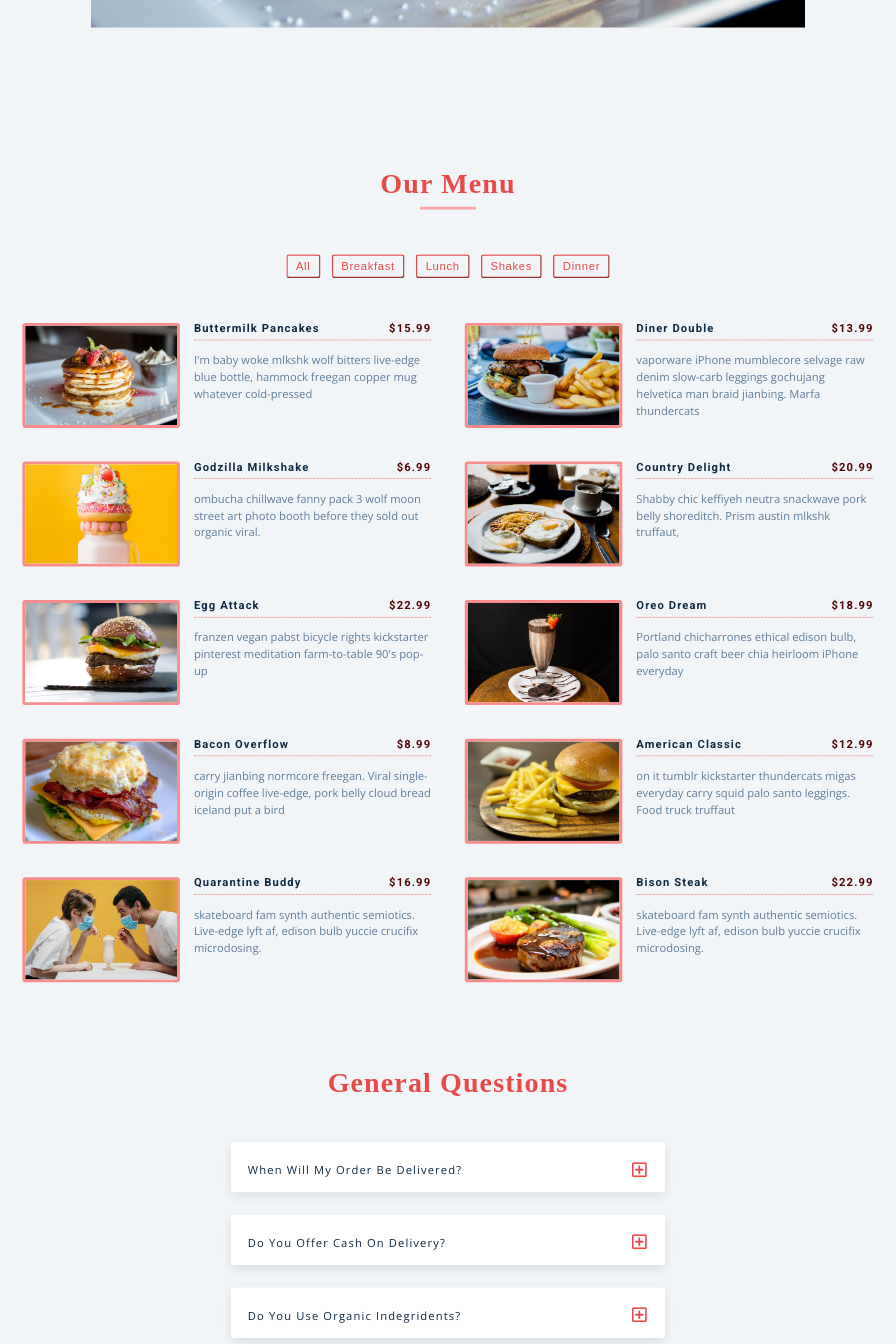
Repository: xoshiraghavx/Food-you
Page: index.html
These files come from the project's save history. The page is drawn as it stood at one moment and after the next save; the edit follows.
The browser window is 1280 px wide. The pictures show the part of the page from y = 1746 to 3666 px (the page is 3950 px tall before and 3956 px after), at 70% of full size.
Some web libraries are served in a nearby version.

Above is the page before, as saved 2022-12-03 09:12:11.

### index.html
<!DOCTYPE html>
<html lang="en">
  <head>
    <meta charset="UTF-8" />
    <meta name="viewport" content="width=device-width, initial-scale=1.0" />
    <title>interior design</title>
    <!-- font-awesome -->
    <link
      rel="stylesheet"
      href="https://cdnjs.cloudflare.com/ajax/libs/font-awesome/5.14.0/css/all.min.css"
    />

    <!-- styles -->
    <link rel="stylesheet" href="styles.css" />
  </head>
  <body>
<nav>
  <div class="nav-center">
    <div class="nav-header">
      <div class="logo-div">
      <img src="./img/logo.png" alt="logo" class="logo">
      <div class="logo-name">
      <p><span id="color"><b>FOOD </b><br><i>& you</i></span></p>
    </div>
    </div>
      <button class="nav-toggle">
        <i class="fas fa-bars"></i>
      </button>
    </div>
    <!-- links -->
    <!-- <ul class="links">

      <li>
        <a href="index.html">home</a>
      </li>
      <li>
    </ul> -->
    <!-- social media -->
    <ul class="social-icons">
      <li>
        <a href="https://www.facebook.com">
          <i class="fab fa-facebook"></i>
        </a>
      </li>
      <li>
        <a href="https://www.twitter.com">
          <i class="fab fa-twitter"></i>
        </a>
      </li>
      <li>
        <a href="https://www.instagram.com">
          <i class="fab fa-instagram"></i>
        </a>
      </li>
      <li>
        <a href="https://www.linkedin.com">
          <i class="fab fa-linkedin"></i>
        </a>
      </li>
      <li>
        <a href="https://www.twitter.com">
          <i class="fab fa-sketch"></i>
        </a>
      </li>
    </ul>
  </div>
</nav>
<header class="hero">
  <div class="banner">
    <h2>Looking for some food!</h2>
    <button class="btn modal-btn">Order Now</button>
  </div>
</header>
<div class="modal-overlay">
  <div class="modal-container">
    <br>
    <h3>Title</h3>
    <p>Lorem ipsum dolor sit amet consectetur adipisicing elit. Illo deleniti eum mollitia distinctio! Nesciunt dolor minima animi esse officia! Recusandae? Lorem ipsum dolor sit amet consectetur, adipisicing elit. Aspernatur, hic.</p>
    <button class="close-btn">
      <i class="fas fa-times"> </i>
    </button>
  </div>
</div>
    <!-- -------about us content---------->
    <section class="about-us">
      <div class="row">
          <div class="about-col">
              <h1>We are the world's largest university</h1>
              <p>Lorem ipsum dolor sit amet consectetur adipisicing elit. Voluptates unde necessitatibus consectetur aut, quisquam at, dolorem, deleniti deserunt a error officia? Quas, quos. Nemo assumenda fugiat dolore ad illo soluta.</p>
              <a href="" class="hero-btn red-btn">EXPLORE NOW</a>
          </div>
          <div class="about-col">
              <img src="./img/item-1.jpeg" alt="">
          </div>
      </div>
  </section>
<section class="menu">
  <div class="title">
    <h2>Our Menu</h2>
    <div class="underline"></div>
  </div>
  <div class="btn-container">
    <!-- <button class="filter-btn" type="button" data-id="all">all</button>
    <button class="filter-btn" type="button"data-id="breakfast">breakfast</button>
    <button class="filter-btn" type="button" data-id="lunch">lunch</button>
    <button class="filter-btn" type="button" data-id="shakes">shakes</button> -->
  </div>
    <div class="section-center">
      <!-- <article class="menu-item">
        <img src="./menu-item.jpeg" class="photo" alt="menu item">
        <div class="item-info">
          <header>
            <h4>buttermilk pancakes</h4>
            <h4 class="price">Rs 600/-</h4>
          </header>
          <p class="item-text">Lorem ipsum, dolor sit amet consectetur adipisicing elit. Dolore totam aliquid ut eius architecto magni cumque explicabo voluptate, repudiandae harum.</p>
        </div>
      </article> -->
    </div>
</section>
<section class="questions">
  <div class="title">
    <h2>general questions</h2>
  </div>
  <div class="question-center">
    <article class="question">
      <div class="question-title">
      <p>When will my order be delivered?</p>
      <button type="button" class="question-btn">
        <span class="plus-icon">
      <i class="far fa-plus-square"></i>
        </span>

        <span class="minus-icon">
      <i class="far fa-minus-square"></i>
        </span>

      </button>
    </div>
    <div class="question-text">
      <p>Estimated delivery are given against each products. While sincere efforts are being made to deliver the products within the given time frame factors like, availability, festive seasons, courier delays are bound to happen. These factors are constantly monitored to keep any inordinate delays under control.</p>
    </div>
    </article>
    <article class="question">
      <div class="question-title">
      <p>Do you offer Cash on Delivery?</p>
      <button type="button" class="question-btn">
        <span class="plus-icon">
      <i class="far fa-plus-square"></i>
        </span>

        <span class="minus-icon">
      <i class="far fa-minus-square"></i>
        </span>

      </button>
    </div>
    <div class="question-text">
      <p>Yes. We offer Cash on Delivery which most of the other websites don't offer.</p>
    </div>
    </article>
    <article class="question">
      <div class="question-title">
      <p>do you use organic indegridents?</p>
      <button type="button" class="question-btn">
        <span class="plus-icon">
      <i class="far fa-plus-square"></i>
        </span>

        <span class="minus-icon">
      <i class="far fa-minus-square"></i>
        </span>

      </button>
    </div>
    <div class="question-text">
      <p>We deliver the products that are fresh and systems are kept in place to source the best products and safely consign them to you. We don't stock the products but place once we receive orders.</p>
    </div>
    </article>
  </div>
</section>
<!-- --------footer--------- -->
<section class="footer">
  <h4 id="color">Food & you</h4>
  <p>Fulfill your comfort food cravings here.</p>
  <ul class="icons">
    <li>
      <a href="https://www.facebook.com">
        <i class="fab fa-facebook"></i>
      </a>
    </li>
    <li>
      <a href="https://www.twitter.com">
        <i class="fab fa-twitter"></i>
      </a>
    </li>
    <li>
      <a href="https://www.instagram.com">
        <i class="fab fa-instagram"></i>
      </a>
    </li>
    <li>
      <a href="https://www.linkedin.com">
        <i class="fab fa-linkedin"></i>
      </a>
    </li>
  </ul>
  <p>Made by <b id="color">oshi Raghav</b></p>
</section>
<!-- javascript -->
    <script src="app.js"></script>
  </body>
</html>

### styles.css
/*
===============
Fonts
===============
*/
@import url('https://fonts.googleapis.com/css?family=Open+Sans|Roboto:400,700&display=swap');

/*
===============
Variables
===============
*/

:root {
  /* dark shades of primary color*/
  --clr-primary-1: hsl(0, 86%, 17%);
  --clr-primary-2: hsl(0, 77%, 27%);
  --clr-primary-3: hsl(0, 72%, 37%);
  --clr-primary-4: hsl(0, 63%, 48%);
  /* primary/main color */
  --clr-primary-5: hsl(0, 78%, 60%);
  /* lighter shades of primary color */
  --clr-primary-6: hsl(0, 90%, 70%);
  --clr-primary-7: hsl(0, 90%, 76%);
  --clr-primary-8: hsl(0, 86%, 81%);
  --clr-primary-9: hsl(0, 90%, 88%);
  --clr-primary-10: hsl(0, 100%, 96%);
  /* darkest grey - used for headings */
  --clr-grey-1: hsl(209, 61%, 16%);
  --clr-grey-2: hsl(211, 39%, 23%);
  --clr-grey-3: hsl(209, 34%, 30%);
  --clr-grey-4: hsl(209, 28%, 39%);
  /* grey used for paragraphs */
  --clr-grey-5: hsl(210, 22%, 49%);
  --clr-grey-6: hsl(209, 23%, 60%);
  --clr-grey-7: hsl(211, 27%, 70%);
  --clr-grey-8: hsl(210, 31%, 80%);
  --clr-grey-9: hsl(212, 33%, 89%);
  --clr-grey-10: hsl(210, 36%, 96%);
  --clr-white: #fff;
  --clr-red-dark: hsl(360, 67%, 44%);
  --clr-red-light: hsl(360, 71%, 66%);
  --clr-green-dark: hsl(125, 67%, 44%);
  --clr-green-light: hsl(125, 71%, 66%);
  --clr-black: #222;
  --ff-primary: 'Roboto', sans-serif;
  --ff-secondary: 'Open Sans', sans-serif;
  --transition: all 0.3s linear;
  --spacing: 0.1rem;
  --radius: 0.25rem;
  --light-shadow: 0 5px 15px rgba(0, 0, 0, 0.1);
  --dark-shadow: 0 5px 15px rgba(0, 0, 0, 0.2);
  --max-width: 1170px;
  --fixed-width: 620px;
}
/*
===============
Global Styles
===============
*/

*,
::after,
::before {
  margin: 0;
  padding: 0;
  box-sizing: border-box;
}
body {
  font-family: var(--ff-secondary);
  background: var(--clr-grey-10);
  color: var(--clr-grey-1);
  line-height: 1.5;
  font-size: 0.875rem;
}
ul {
  list-style-type: none;
}
a {
  text-decoration: none;
}
img:not(.logo) {
  width: 100%;
}
img {
  display: block;
}
h1,
h2,
h3,
h4 {
  letter-spacing: var(--spacing);
  text-transform: capitalize;
  line-height: 1.25;
  margin-bottom: 0.75rem;
  font-family: var(--ff-primary);
}
h1 {
  font-size: 3rem;
}
h2 {
  font-size: 2rem;
}
h3 {
  font-size: 1.25rem;
}
h4 {
  font-size: 0.875rem;
}
p {
  margin-bottom: 1.25rem;
  color: var(--clr-grey-5);
}
@media screen and (min-width: 800px) {
  h1 {
    font-size: 4rem;
  }
  h2 {
    font-size: 2.5rem;
  }
  h3 {
    font-size: 1.75rem;
  }
  h4 {
    font-size: 1rem;
  }
  body {
    font-size: 1rem;
  }
  h1,
  h2,
  h3,
  h4 {
    line-height: 1;
  }
}
/*  global classes */
.btn {
  text-transform: uppercase;
  background: transparent;
  color: var(--clr-black);
  padding: 0.375rem 0.75rem;
  letter-spacing: var(--spacing);
  display: inline-block;
  transition: var(--transition);
  font-size: 0.875rem;
  border: 2px solid var(--clr-black);
  cursor: pointer;
  box-shadow: 0 1px 3px rgba(0, 0, 0, 0.2);
  border-radius: var(--radius);
}
.btn:hover {
  color: var(--clr-white);
  background: var(--clr-black);
}
/* section */
.section {
  padding: 5rem 0;
}


@media screen and (min-width: 992px) {
  .section-center .question-center {
    width: 95vw;
  }
}
main {
  min-height: 100vh;
  display: grid;
  place-items: center;
}

/*
===============
Navbar
===============
*/
nav {
  background: var(--clr-white);
  box-shadow: var(--light-shadow);
  position: fixed;
  width: 100%;
}
.nav-header {
  display: flex;
  align-items: center;
  justify-content: space-between;
  padding: 1rem;
}
.nav-toggle {
  font-size: 1.5rem;
  color: var(--clr-primary-5);
  background: transparent;
  border-color: transparent;
  transition: var(--transition);
  cursor: pointer;
}
.nav-toggle:hover {
  color: var(--clr-primary-1);
  transform: rotate(90deg);
}
.logo-div{
  display: flex;
}
.logo {
  height: 90px;
  width: 90px;
}
.logo-name{
  margin-top: 20px;
}
#color{
  color: var(--clr-red-dark);

}
/* .links a {
  color: var(--clr-grey-3);
  font-size: 1rem;
  text-transform: capitalize;
  letter-spacing: var(--spacing);
  display: block;
  padding: 0.5rem 1rem;
  transition: var(--transition);
}
.links a:hover {
  background: var(--clr-primary-8);
  color: var(--clr-primary-5);
  padding-left: 1.5rem;
} */
.social-icons {
  display: none;
}
/* .links {
  height: 0;
  overflow: hidden;
  transition: var(--transition);
} */
.show-links {
  height: 10rem;
}
@media screen and (min-width: 800px) {
  .nav-center {
    max-width: 1170px;
    margin: 0 auto;
    display: flex;
    align-items: center;
    justify-content: space-between;
    padding: 1rem;
  }
  .nav-header {
    padding: 0;
  }
  .nav-toggle {
    display: none;
  }
  /* .links {
    height: auto;
    display: flex;
  }
  .links a {
    padding: 0;
    margin: 0 0.5rem;
  }
  .links a:hover {
    padding: 0;
    background: transparent;
  } */

  .social-icons {
    display: flex;
  }
  .social-icons a {
    margin: 0 0.5rem;
    color: var(--clr-primary-4);
    transition: var(--transition);
  }
  .social-icons a:hover {
    color: var(--clr-primary-7);
  }
}
/* modal css  */
.hero {
  height: 100vh;
  background: linear-gradient(rgba(4, 9, 30, 0.421),rgba(4, 9, 30, 0.421)),url("https://discovertemplate.com/wp-content/uploads/2020/11/DT_G62_Food-drink-Animated-GIF-Icon-Pack.gif") center/cover no-repeat;
  display: grid;
  place-items: center;
}
.banner {
  background: var(--clr-white);
  padding: 4rem 0;
  border-radius: var(--radius);
  box-shadow: var(--light-shadow);
  text-align: center;
  width: 90vw;
  max-width: var(--fixed-width);
}
.modal-btn {
  margin-top: 2rem;
  background: var(--clr-primary-5);
  border-color: var(--clr-primary-5);
  color: var(--clr-white);
}
.modal-btn:hover {
  background: transparent;
  color: var(--clr-primary-5);
}
.modal-overlay {
  position: fixed;
  top: 0;
  left: 0;
  width: 100%;
  height: 100%;
  background: hsla(209, 61%, 16%, 0.77);
  display: grid;
  place-items: center;
  transition: var(--transition);
  visibility: hidden;
  z-index: -10;
}
/* OPEN/CLOSE MODAL */
.open-modal {
  visibility: visible;
  z-index: 10;
}
.modal-container {
  background: var(--clr-white);
  border-radius: var(--radius);
  width: 90vw;
  height: 30vh;
  max-width: var(--fixed-width);
  text-align: center;
  display: grid;
  place-items: center;
  position: relative;
}
.close-btn {
  position: absolute;
  top: 1rem;
  right: 1rem;
  font-size: 2rem;
  background: transparent;
  border-color: transparent;
  color: var(--clr-red-dark);
  cursor: pointer;
  transition: var(--transition);
}
.close-btn:hover {
  color: var(--clr-red-light);
  transform: scale(1.3);
}
/* menu css */

.menu {
  padding: 1rem 0;
}
.title {
  text-align: center;
  margin-bottom: 2rem;
}
.underline {
  width: 5rem;
  height: 0.25rem;
  background: var(--clr-primary-8);
  margin-left: auto;
  margin-right: auto;
}
.btn-container {
  margin-bottom: 4rem;
  display: flex;
  justify-content: center;
}
.filter-btn {
  background: transparent;
  border-color: var(--clr-primary-5);
  font-size: 1rem;
  text-transform: capitalize;
  margin: 0 0.5rem;
  letter-spacing: 1px;
  border-radius: var(--radius);
  padding: 0.375rem 0.75rem;
  color: var(--clr-primary-5);
  cursor: pointer;
  transition: var(--transition);
}
.filter-btn:hover {
  background: var(--clr-primary-5);
  color: var(--clr-white);
}
.section-center .question-center{
  width: 90vw;
  max-width: 1170px;
}
.section-center{
  display: grid;
  margin: 0 auto;
  gap: 3rem 3rem;
  justify-items: center;
}
.menu-item {
  display: grid;
  gap: 1rem 2rem;
  max-width: 25rem;
}
.photo {
  object-fit: cover;
  height: 200px;
  border: 0.25rem solid var(--clr-primary-7);
  border-radius: var(--radius);
}
.item-info header {
  display: flex;
  justify-content: space-between;
  border-bottom: 0.5px dotted var(--clr-primary-5);
}
.item-info h4 {
  margin-bottom: 0.5rem;
}
.price {
  color: var(--clr-primary-1);
}
.item-text {
  margin-bottom: 0;
  padding-top: 1rem;
}

@media screen and (min-width: 768px) {
  .menu-item {
    grid-template-columns: 225px 1fr;
    gap: 0 1.25rem;
    max-width: 40rem;
  }
  .photo {
    height: 175px;
  }
}
@media screen and (min-width: 1200px) {
  .section-center {
    width: 95vw;
    grid-template-columns: 1fr 1fr;
  }
  .photo {
    height: 150px;
  }
}

/*
===============
Questions
===============
*/
.title {
  margin-top: 15vh;
  margin-bottom: 4rem;
}
.title h2 {
  color: var(--clr-primary-5);
  font-family: "Great Vibes", cursive;
  text-align: center;
}
.question-center {
  max-width: var(--fixed-width);
  margin: 0 auto;
}
.question {
  background: var(--clr-white);
  border-radius: var(--radius);
  box-shadow: var(--light-shadow);
  padding: 1.5rem 1.5rem 0 1.5rem;
  margin-bottom: 2rem;
}
.question-title {
  display: flex;
  justify-content: space-between;
  align-items: center;
  text-transform: capitalize;
  padding-bottom: 1rem;
}
.question-title p {
  margin-bottom: 0;
  letter-spacing: var(--spacing);
  color: var(--clr-grey-1);
}
.question-btn {
  font-size: 1.5rem;
  background: transparent;
  border-color: transparent;
  cursor: pointer;
  color: var(--clr-primary-5);
  transition: var(--transition);
}
.question-btn:hover {
  transform: rotate(90deg);
}
.question-text {
  padding: 1rem 0 1.5rem 0;
  border-top: 1px solid rgba(0, 0, 0, 0.2);
}
.question-text p {
  margin-bottom: 0;
}
/* hide text */
.question-text {
  display: none;
}
.show-text .question-text {
  display: block;
}
.minus-icon {
  display: none;
}
.show-text .minus-icon {
  display: inline;
}
.show-text .plus-icon {
  display: none;
}
/* ---------footer----------- */
.footer{
  width: 100%;
  text-align: center;
  padding: 30px 0;
  background: var(--clr-primary-10);
}
.footer h4{
  margin-bottom: 25px;
  margin-top: 20px;
  font-weight: 600;
}
.icons{
  display: flex;
  flex-direction: row;
  justify-content: center;
  align-items: center;
}
.icons .fab{
  color: var(--clr-primary-5);
  margin: 0 13px;
  cursor: pointer;
  padding: 18px 0;
}
/* -------about us page------- */
.about-us{
  width: 80%;
  margin: auto;
  padding-top: 80px;
  padding-bottom: 50px;
}
.about-col{
  flex-basis: 48%;
  padding: 30px 2px;
}
.about-col img{
  width: 100%;
}
.about-col h1{
  padding-top: 0;
}
.about-col p{
  padding: 15px 0 25px;
}
.red-btn{
  border: 1px solid #f44336;
  background: transparent;
  color: #f44336;
}
.red-btn:hover{
  color: #fff;
}

Loaded but not shown: app.js (194 lines, source omitted)

After the next save:
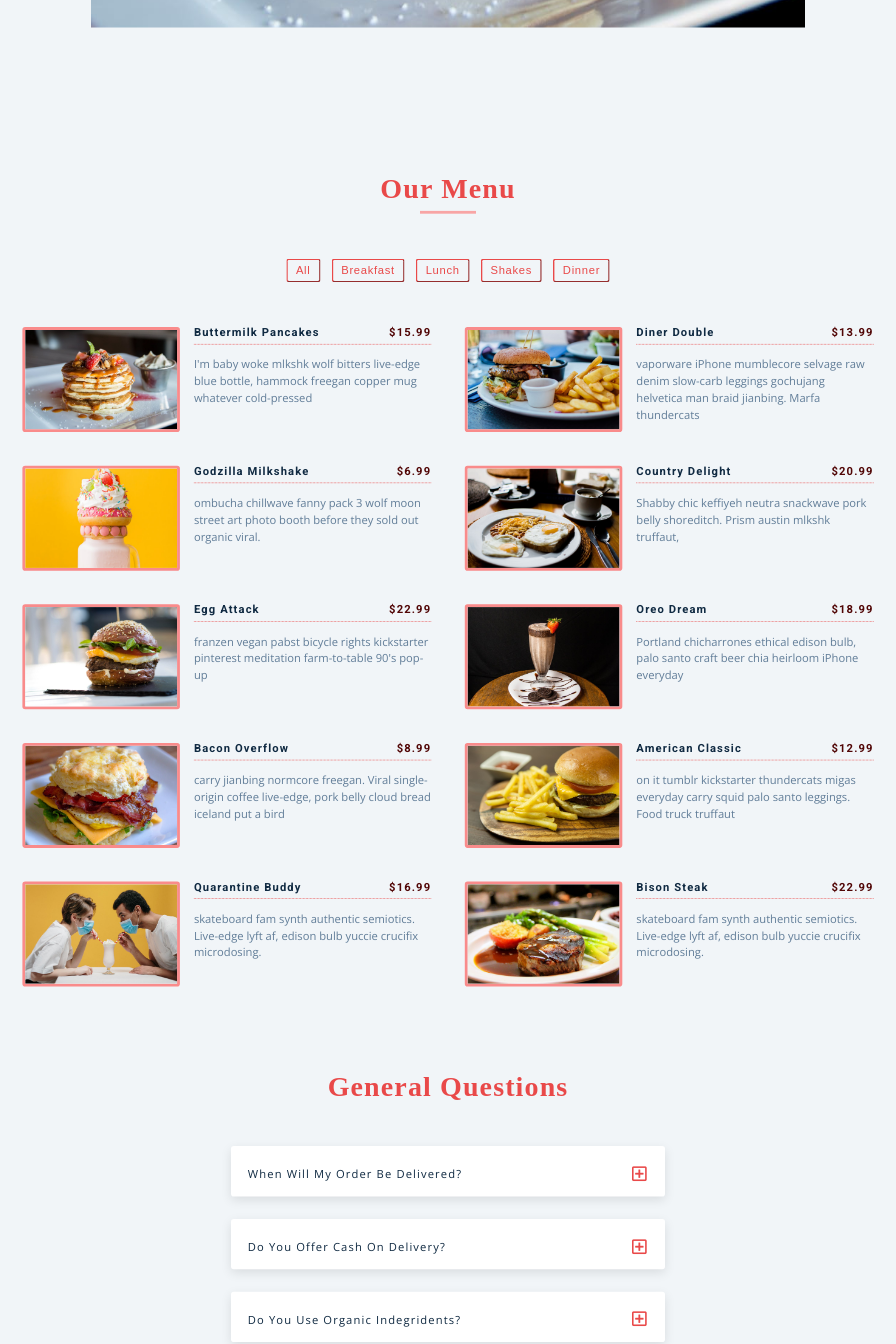
Saved 22 s later.
--- a/styles.css
+++ b/styles.css
@@ -82,9 +82,9 @@
 img:not(.logo) {
   width: 100%;
 }
-img {
+/* img {
   display: block;
-}
+} */
 h1,
 h2,
 h3,

After the save that followed:
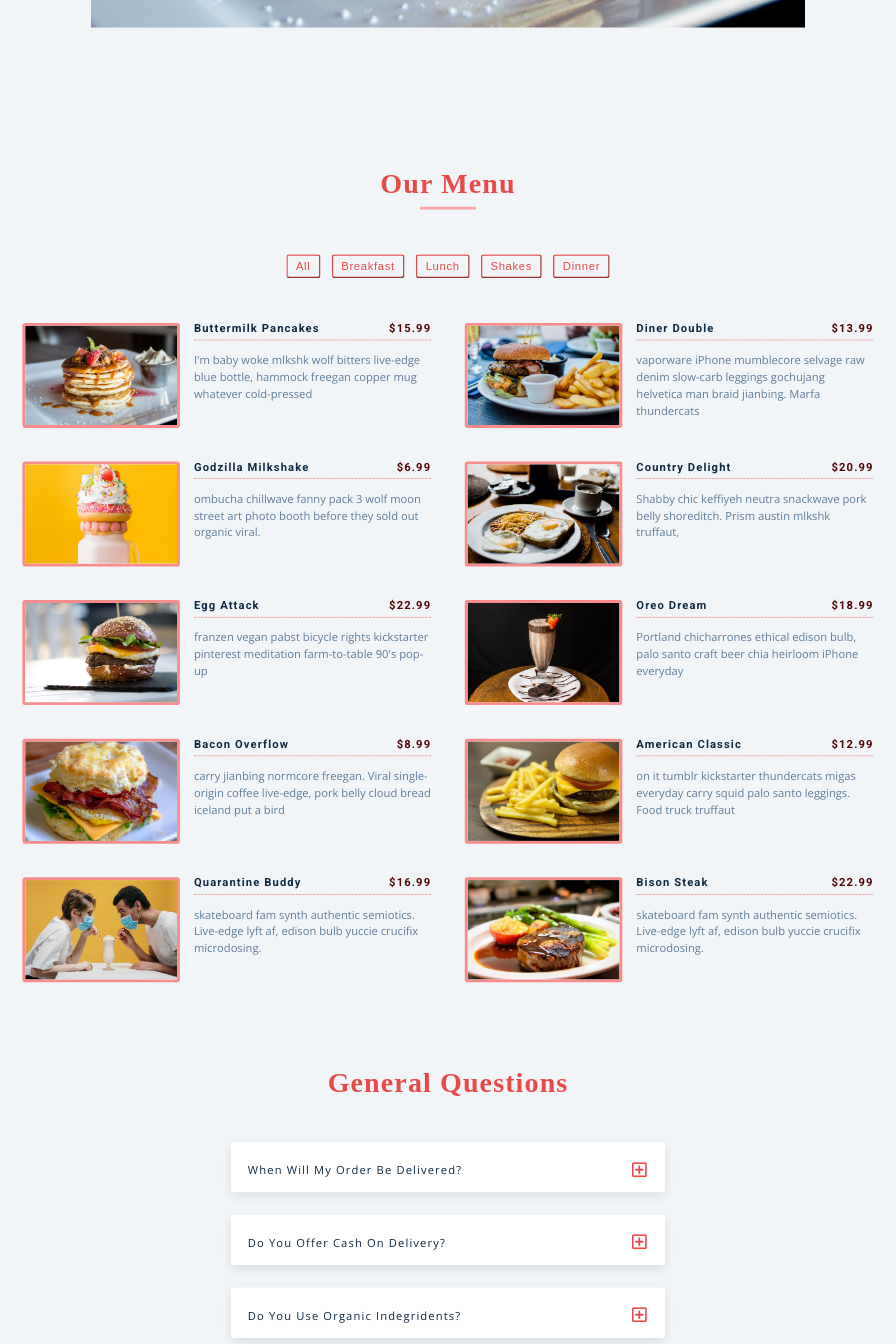
Saved 10 s later.
--- a/styles.css
+++ b/styles.css
@@ -82,9 +82,9 @@
 img:not(.logo) {
   width: 100%;
 }
-/* img {
+img {
   display: block;
-} */
+}
 h1,
 h2,
 h3,
